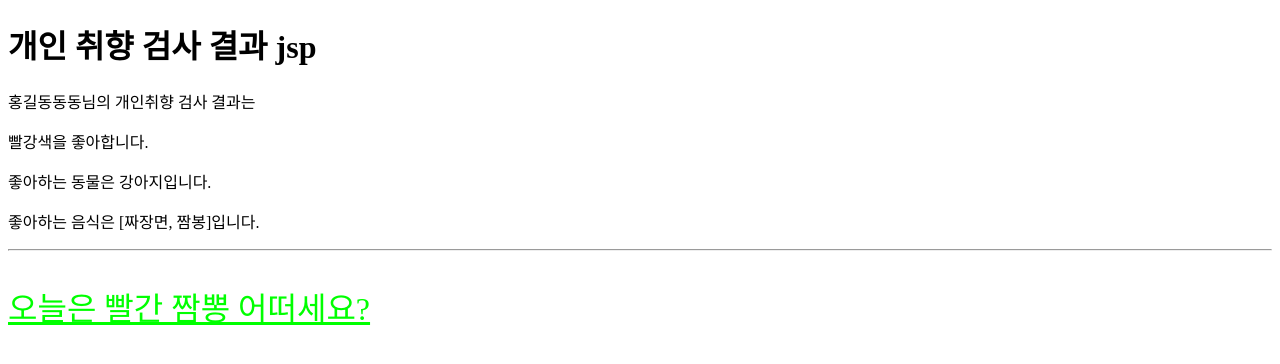
Repository: dygksqkr12/Server
Page: http://localhost/01_helloweb/servlet/testPersonEnd.jsp
An editor plug-in stored every save of this project. The page is shown before and after the next save, followed by the edit.
The browser window is 1280 px wide. The pictures show the whole page.
The page is served by Tomcat 9.

Above is the page before, as saved 2021-03-24 07:49:46.

After the next save:
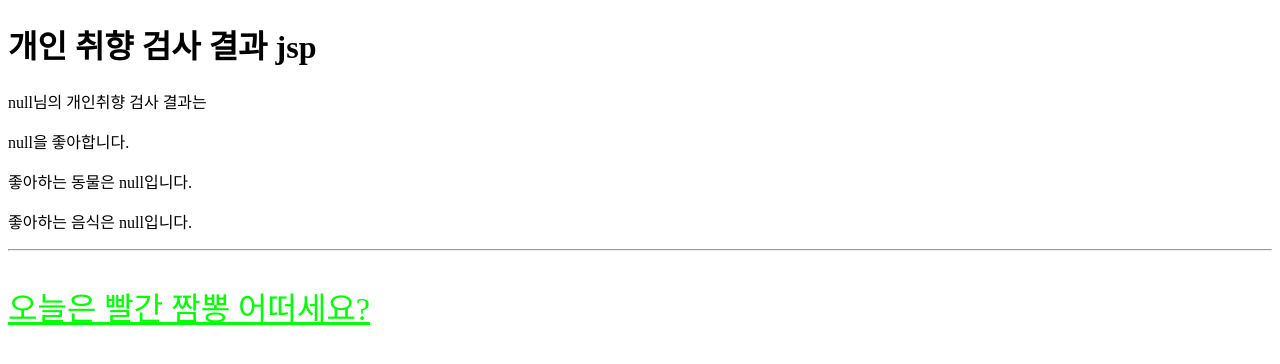
Saved 2 min 53 s later.
--- a/01_helloweb/WebContent/servlet/testPersonEnd.jsp
+++ b/01_helloweb/WebContent/servlet/testPersonEnd.jsp
@@ -35,10 +35,10 @@
 </head>
 <body>
 	<h1>개인 취향 검사 결과 jsp</h1>
-	<p>홍길동동동님의 개인취향 검사 결과는</p>
-	<p>빨강색을 좋아합니다.</p>
-	<p>좋아하는 동물은 강아지입니다.</p>
-	<p>좋아하는 음식은 [짜장면, 짬봉]입니다.</p>
+	<p><%= name %>님의 개인취향 검사 결과는</p>
+	<p><%= color %>을 좋아합니다.</p>
+	<p>좋아하는 동물은 <%= animal %>입니다.</p>
+	<p>좋아하는 음식은 <%= Arrays.toString(foodArr) %>입니다.</p>
 	<hr>
 	<p class='recommendation'>오늘은 빨간 짬뽕 어떠세요?</p>
 </body>
